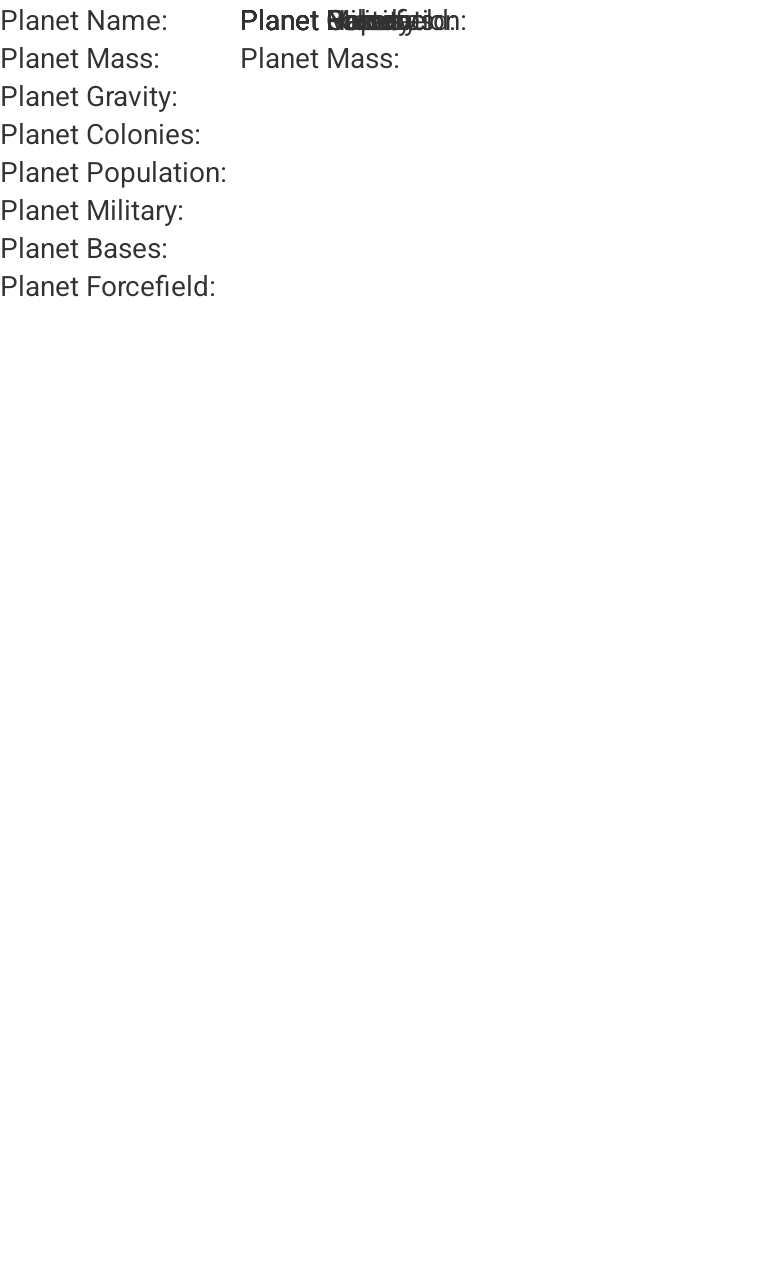
Repository: blender-head/android_basic
Layout: Hello_World/res/layout/activity_main.xml
The author's editor kept a copy of each file at every save. The layout is drawn from the files as they stood at one save, then again after the next save.
It is drawn on a 768 x 1280 px phone screen (xhdpi) without system bars, with theme AppTheme; the app's code is not run. The app's manifest (not shown) leaves right-to-left support off. So textAlignment, textDirection and layoutDirection are ignored, and left and right values win over start and end ones.

Above is the layout before, as saved 2013-12-31 16:45:37.

### Hello_World/res/layout/activity_main.xml
<RelativeLayout xmlns:android="http://schemas.android.com/apk/res/android"
    xmlns:tools="http://schemas.android.com/tools"
    android:layout_width="match_parent"
    android:layout_height="match_parent"
    tools:context=".MainActivity" >

    <!-- Planet Name label -->
	<TextView
        android:id="@+id/textView1"
        android:layout_width="wrap_content"
        android:layout_height="wrap_content"
        android:text="@string/planet_name_label" />

	<!-- Planet Name data -->
	<TextView
        android:id="@+id/dataView1"
        android:layout_toRightOf="@+id/textView1"
        android:layout_marginLeft="36dip"
        android:layout_width="wrap_content"
        android:layout_height="wrap_content"
        android:text="@string/planet_name_label" />

	<!-- Planet Mass label -->
	<TextView
        android:id="@+id/textView2"
        android:layout_below="@+id/textView1"
        android:layout_width="wrap_content"
        android:layout_height="wrap_content"
        android:text="@string/planet_mass_label" />

	<!-- Planet Mass data -->
	<TextView
        android:id="@+id/dataView2"
        android:layout_toRightOf="@+id/textView2"
        android:layout_alignStart="@+id/dataView1"
        android:layout_below="@+id/dataView1"
        android:layout_width="wrap_content"
        android:layout_height="wrap_content"
        android:text="@string/planet_mass_label" />

	<!-- Planet Gravity label -->
	<TextView
        android:id="@+id/textView3"
        android:layout_below="@+id/textView2"
        android:layout_width="wrap_content"
        android:layout_height="wrap_content"
        android:text="@string/planet_gravity_label" />

	<!-- Planet Gravity data -->
	<TextView
        android:id="@+id/dataView3"
        android:layout_toRightOf="@+id/textView3"
        android:layout_alignStart="@+id/dataView1"
        android:layout_alignBelow="@+id/dataView3"
        android:layout_width="wrap_content"
        android:layout_height="wrap_content"
        android:text="@string/planet_gravity_label" />

	<!-- Planet Colonies label -->
	<TextView
        android:id="@+id/textView4"
        android:layout_below="@+id/textView3"
        android:layout_width="wrap_content"
        android:layout_height="wrap_content"
        android:text="@string/planet_colonies_label" />

	<!-- Planet Colonies data -->
	<TextView
        android:id="@+id/dataView4"
        android:layout_toRightOf="@+id/textView4"
        android:layout_alignStart="@+id/dataView1"
        android:layout_alignBelow="@+id/dataView3"
        android:layout_width="wrap_content"
        android:layout_height="wrap_content"
        android:text="@string/planet_colonies_label" />

	<!-- Planet Poulation label -->
	<TextView
        android:id="@+id/textView5"
        android:layout_below="@+id/textView4"
        android:layout_width="wrap_content"
        android:layout_height="wrap_content"
        android:text="@string/planet_population_label" />

	<!-- Planet Poulation data -->
	<TextView
        android:id="@+id/dataView5"
        android:layout_toRightOf="@+id/textView5"
        android:layout_alignStart="@+id/dataView1"
        android:layout_alignBelow="@+id/dataView4"
        android:layout_width="wrap_content"
        android:layout_height="wrap_content"
        android:text="@string/planet_population_label" />

	<!-- Planet Military label -->
	<TextView
        android:id="@+id/textView6"
        android:layout_below="@+id/textView5"
        android:layout_width="wrap_content"
        android:layout_height="wrap_content"
        android:text="@string/planet_military_label" />

	<!-- Planet Military data -->
	<TextView
        android:id="@+id/dataView6"
        android:layout_toRightOf="@+id/textView6"
        android:layout_alignStart="@+id/dataView1"
        android:layout_alignBelow="@+id/dataView5"
        android:layout_width="wrap_content"
        android:layout_height="wrap_content"
        android:text="@string/planet_military_label" />

	<!-- Planet Base label -->
	<TextView
        android:id="@+id/textView7"
        android:layout_below="@+id/textView6"
        android:layout_width="wrap_content"
        android:layout_height="wrap_content"
        android:text="@string/planet_bases_label" />

	<!-- Planet Base data -->
	<TextView
        android:id="@+id/dataView7"
        android:layout_toRightOf="@+id/textView7"
        android:layout_alignStart="@+id/dataView1"
        android:layout_alignBelow="@+id/dataView6"
        android:layout_width="wrap_content"
        android:layout_height="wrap_content"
        android:text="@string/planet_bases_label" />

	<!-- Planet Force Field label -->
	<TextView
        android:id="@+id/textView8"
        android:layout_below="@+id/textView7"
        android:layout_width="wrap_content"
        android:layout_height="wrap_content"
        android:text="@string/planet_forcefield_label" />

	<!-- Planet Force Field data -->
	<TextView
        android:id="@+id/dataView8"
        android:layout_toRightOf="@+id/textView8"
        android:layout_alignStart="@+id/dataView1"
        android:layout_alignBelow="@+id/dataView7"
        android:layout_width="wrap_content"
        android:layout_height="wrap_content"
        android:text="@string/planet_forcefield_label" />

</RelativeLayout>

### Hello_World/res/values/strings.xml
<?xml version="1.0" encoding="utf-8"?>
<resources>

    <string name="app_name">Hello_World</string>
    <string name="action_settings">Settings</string>
    <string name="hello_world">Hello world!</string>

    <string name="planet_name_label">Planet Name: </string>
	<string name="planet_mass_label">Planet Mass: </string>
	<string name="planet_gravity_label">Planet Gravity: </string>
	<string name="planet_colonies_label">Planet Colonies: </string>
	<string name="planet_population_label">Planet Population: </string>
	<string name="planet_military_label">Planet Military: </string>
	<string name="planet_bases_label">Planet Bases: </string>
	<string name="planet_forcefield_label">Planet Forcefield: </string>

</resources>

Loaded but not shown: Hello_World/res/values/styles.xml (common file); Hello_World/res/values-v11/styles.xml (common file); Hello_World/res/values-v14/styles.xml (common file)

After the next save:
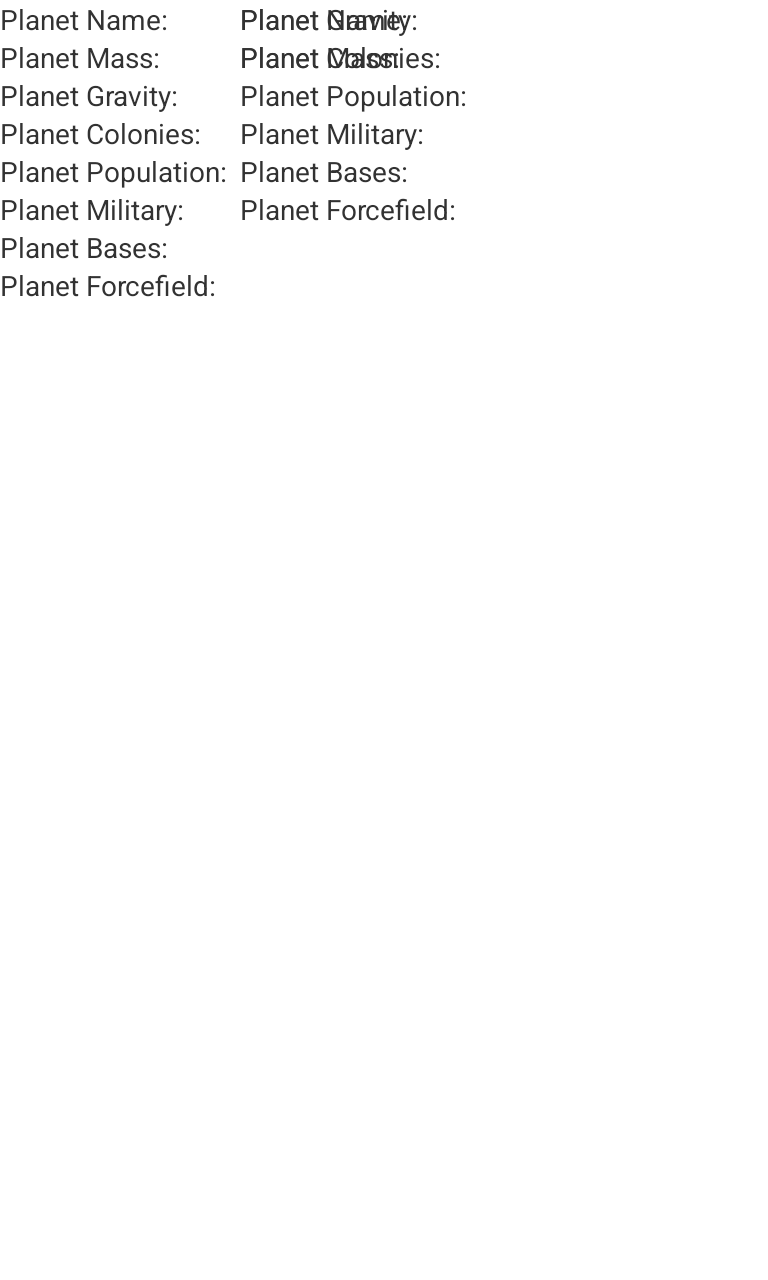
Saved 40 s later.
--- a/Hello_World/res/layout/activity_main.xml
+++ b/Hello_World/res/layout/activity_main.xml
@@ -51,7 +51,7 @@
         android:id="@+id/dataView3"
         android:layout_toRightOf="@+id/textView3"
         android:layout_alignStart="@+id/dataView1"
-        android:layout_alignBelow="@+id/dataView3"
+        android:layout_below="@+id/dataView3"
         android:layout_width="wrap_content"
         android:layout_height="wrap_content"
         android:text="@string/planet_gravity_label" />
@@ -69,7 +69,7 @@
         android:id="@+id/dataView4"
         android:layout_toRightOf="@+id/textView4"
         android:layout_alignStart="@+id/dataView1"
-        android:layout_alignBelow="@+id/dataView3"
+        android:layout_below="@+id/dataView3"
         android:layout_width="wrap_content"
         android:layout_height="wrap_content"
         android:text="@string/planet_colonies_label" />
@@ -87,7 +87,7 @@
         android:id="@+id/dataView5"
         android:layout_toRightOf="@+id/textView5"
         android:layout_alignStart="@+id/dataView1"
-        android:layout_alignBelow="@+id/dataView4"
+        android:layout_below="@+id/dataView4"
         android:layout_width="wrap_content"
         android:layout_height="wrap_content"
         android:text="@string/planet_population_label" />
@@ -105,7 +105,7 @@
         android:id="@+id/dataView6"
         android:layout_toRightOf="@+id/textView6"
         android:layout_alignStart="@+id/dataView1"
-        android:layout_alignBelow="@+id/dataView5"
+        android:layout_below="@+id/dataView5"
         android:layout_width="wrap_content"
         android:layout_height="wrap_content"
         android:text="@string/planet_military_label" />
@@ -123,7 +123,7 @@
         android:id="@+id/dataView7"
         android:layout_toRightOf="@+id/textView7"
         android:layout_alignStart="@+id/dataView1"
-        android:layout_alignBelow="@+id/dataView6"
+        android:layout_below="@+id/dataView6"
         android:layout_width="wrap_content"
         android:layout_height="wrap_content"
         android:text="@string/planet_bases_label" />
@@ -141,7 +141,7 @@
         android:id="@+id/dataView8"
         android:layout_toRightOf="@+id/textView8"
         android:layout_alignStart="@+id/dataView1"
-        android:layout_alignBelow="@+id/dataView7"
+        android:layout_below="@+id/dataView7"
         android:layout_width="wrap_content"
         android:layout_height="wrap_content"
         android:text="@string/planet_forcefield_label" />
